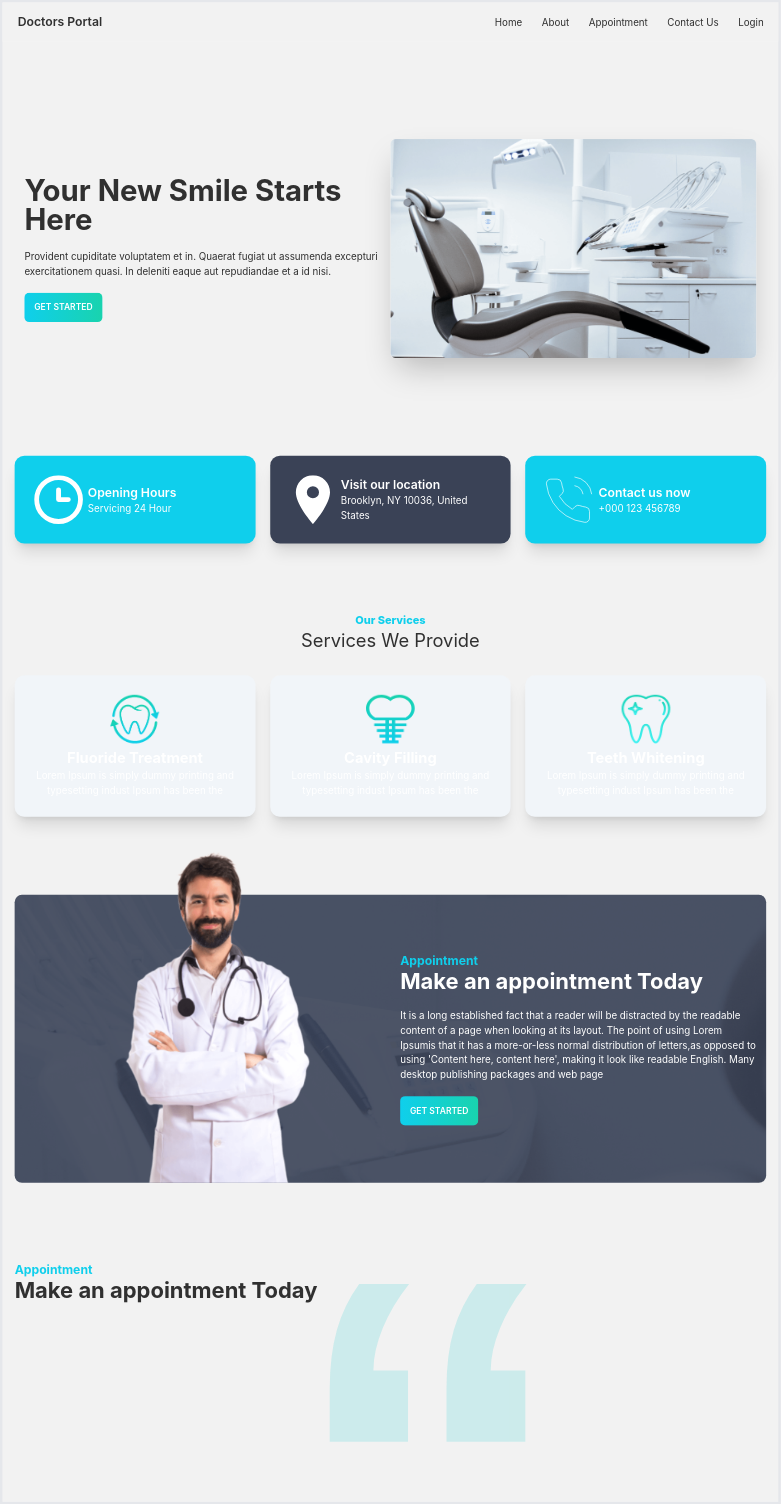
Repository: Samad77/Doctorportal-Client
Page: /
An editor plug-in stored every save of this project. The page is shown before and after the next save, followed by the edit.
The browser window is 1280 px wide. The pictures show the whole page, at 61% of full size.
The project was rebuilt for these pictures with package versions that can differ from the ones it lists, and the page was loaded fresh each time. Also part of the build but not shown: src/Pages/Login/Login.js.

Above is the page before, as saved 2022-11-12 18:55:41.

### src/App.js
import logo from './logo.svg';
import './App.css';
import {RouterProvider} from 'react-router-dom'
import router from './Layout/Routes/Routes';
import Cards from './Pages/Home/Cards/Cards';
function App() {
  return (
    <div className="App max-w-[1440px] mx-auto border-4">
      <RouterProvider router={router}>

      </RouterProvider>
    </div>
  );
}

export default App;

### src/Layout/Routes/Routes.js
import { createBrowserRouter } from "react-router-dom";
import Home from "../../Pages/Home/Home";
import Login from "../../Pages/Login/Login";
import Main from "../Main/Main";

const router = createBrowserRouter([
    {path : "/",
    element : <Main></Main>,
    children : [
        {path : '/', element : <Home></Home>,},
        {path: '/home', element : <Home></Home>},
        {path: '/login', element : <Login></Login>},
    ]
    }
])

export default router;

### src/Pages/Home/Cards/Cards.js
import React from 'react';
import img1 from '../../../assets/icons/clock.svg'
import img2 from '../../../assets/icons/marker.svg'
import img3 from '../../../assets/icons/phone.svg'
import img4 from '../../../assets/icons/quote.svg'

const Cards = () => {
    return (
        <section className='grid grid-cols-1 gap-6 md:grid-cols-2 lg:grid-cols-3 my-28'>
            <div className="card  bg-primary text-white shadow-xl">
                <div className="card-body flex flex-col items-center  lg:flex-row">
                    <div className=''>
                        <img src={img1} alt="" className='w-20 h-20'/>
                    </div>
                    <div className='text-left'>
                        <h2 className="card-title">Opening Hours</h2>
                        <p>Servicing 24 Hour</p>
                    </div>

                </div>
            </div>

            <div className="card  bg-neutral text-white shadow-xl">
                <div className="card-body flex flex-col items-center  lg:flex-row">
                    <div className=''>
                        <img src={img2} alt="" className='w-20 h-20'/>
                    </div>
                    <div className='text-left'>
                        <h2 className="card-title">Visit our location</h2>
                        <p>Brooklyn, NY 10036, United States</p>
                    </div>

                </div>
            </div>

            <div className="card  bg-primary text-white shadow-xl">
                <div className="card-body flex flex-col items-center  lg:flex-row">
                    <div className=''>
                        <img src={img3} alt="" className='w-20 h-20'/>
                    </div>
                    <div className='text-left'>
                        <h2 className="card-title">Contact us now</h2>
                        <p>+000 123 456789</p>
                    </div>

                </div>
            </div>
        </section>
    );
};

export default Cards;

### src/Pages/Home/Home.js
import React from 'react';
import Banner from './Banner/Banner';
import Cards from './Cards/Cards';
import MakeAppointment from './MakeAppointment/MakeAppointment';
import Services from './Services/Services';
import TestimonialArea from './TestimonialArea/TestimonialArea';

const Home = () => {
    return (
        <div className='mx-5'>
            <Banner></Banner>
            <Cards></Cards>
            <Services></Services>
            <MakeAppointment></MakeAppointment>
            <TestimonialArea></TestimonialArea>
        </div>
    );
};

export default Home;

### src/Layout/Main/Main.js
import React from 'react';
import Footer from '../../Pages/Shared/Footer/Footer';
import Navbar from '../../Pages/Shared/Navbar/Navbar';
import {Outlet} from 'react-router-dom'
const Main = () => {
    return (
        <div>
            <Navbar></Navbar>
                <Outlet></Outlet>
            <Footer></Footer>
        </div>
    );
};

export default Main;

### src/Pages/Home/Banner/Banner.js
import React from 'react';
import img1 from '../../../assets/images/chair.png'
import PrimaryButton from '../../../Components/PrimaryButton/PrimaryButton';
const Banner = () => {
    return (
        <div className="hero bg-base-100 my-36">
            <div className="hero-content flex-col lg:flex-row-reverse">
                <img src={img1} className=" rounded-lg shadow-2xl lg:w-1/2" />
                <div className='text-left'>
                <h1 className="text-5xl font-bold">Your New Smile Starts Here</h1>
                <p className="py-6">Provident cupiditate voluptatem et in. Quaerat fugiat ut assumenda excepturi exercitationem quasi. In deleniti eaque aut repudiandae et a id nisi.</p>
                <PrimaryButton>Get Started</PrimaryButton>
                </div>
            </div>
        </div>
    );
};

export default Banner;

### src/Pages/Home/MakeAppointment/MakeAppointment.js
import React from 'react';
import img1 from '../../../assets/images/appointment.png'
import doctor from '../../../assets/images/doctor.png'
import PrimaryButton from '../../../Components/PrimaryButton/PrimaryButton';

const MakeAppointment = () => {
    return (
        <div className="hero bg-base-100 my-32 text-white rounded-xl" style={{background : `url(${img1})`}}>
  <div className="hero-content flex-col lg:flex-row-reverse">
    <div className="text-center lg:text-left">
      <h1 className='text-primary text-xl font-bold' >Appointment</h1>
      <h1 className="text-4xl font-bold">Make an appointment Today</h1>
      <p className="py-6">It is a long established fact that a reader will be distracted by the readable content of a page when looking at its layout. The point of using Lorem Ipsumis that it has a more-or-less normal distribution of letters,as opposed to using 'Content here, content here', making it look like readable English. Many desktop publishing packages and web page</p>
      <PrimaryButton>Get Started</PrimaryButton>
    </div>
    <div className=" card hidden flex-shrink-0 w-1/2 -mt-36 -mb-4 lg:block">
       <img src={doctor} alt="" />
    </div>
  </div>
</div>
    );
};

export default MakeAppointment;

### src/Pages/Home/Services/Services.js
import React from 'react';
import img1 from '../../../assets/images/fluoride.png'
import img2 from '../../../assets/images/cavity.png'
import img3 from '../../../assets/images/whitening.png'
const Services = () => {
    const allServices = [
        {
            img : img1,
            name : "Fluoride Treatment",
            about : "Lorem Ipsum is simply dummy printing and typesetting indust Ipsum has been the"
        },
        {
            img : img2,
            name : "Cavity Filling",
            about : "Lorem Ipsum is simply dummy printing and typesetting indust Ipsum has been the"
        },
        {
            img : img3,
            name : "Teeth Whitening",
            about : "Lorem Ipsum is simply dummy printing and typesetting indust Ipsum has been the"
        },
    ]
    return (

        <section>

            <div className=''>
                <h1 className='text-primary text-lg font-extrabold'>Our Services</h1>
                <p className='text-3xl'>Services We Provide</p>
            </div>

            <div className='grid grid-cols-1 gap-6 my-10 md:grid-cols-2 lg:grid-cols-3'>

            {
                allServices.map( service => <Service key={service.name} service={service}></Service>)
            }
            </div>
        </section>

    );
};

const Service = ({service}) => {
    return (
        <div className="card  bg-primary text-white shadow-xl bg-slate-100 text-black ">
            <div className="card-body flex flex-col items-center  ">
                <div className=''>
                    <img src={service.img} alt="" className='w-20 h-20'/>
                </div>
                <div className=''>
                    <h2 className="text-2xl font-bold">{service.name}</h2>
                    <p>{service.about}</p>
                </div>
            </div>
        </div>


    )
}
export default Services;

### src/Pages/Home/TestimonialArea/TestimonialArea.js
import React from 'react';
import comma from '../../../assets/icons/quote.svg'
const TestimonialArea = () => {
    return (
        <div className='my-24 flex'>
            <div className='text-left justify-between'>
                <h1 className='text-primary text-xl font-bold' >Appointment</h1>
                <h1 className="text-4xl font-bold">Make an appointment Today</h1>
            </div>
            <div>
                <img src={comma} alt="" />
            </div>
        </div>
    );
};

export default TestimonialArea;

### src/Pages/Shared/Navbar/Navbar.js
import React from 'react';
import {Link} from 'react-router-dom'
const Navbar = () => {

    const menuItems =

    <React.Fragment>
        <li><Link to="/home">Home</Link></li>
        <li><Link to="/about">About</Link></li>
        <li><Link to="/appointment">Appointment</Link></li>
        <li><Link to="/contact">Contact Us</Link></li>
        <li><Link to="/login">Login</Link></li>
    </React.Fragment>

    return (
        <div className="navbar bg-base-100 flex justify-between">
  <div className="navbar-start">
    <div className="dropdown">
      <label tabIndex={0} className="btn btn-ghost lg:hidden">
        <svg xmlns="http://www.w3.org/2000/svg" className="h-5 w-5" fill="none" viewBox="0 0 24 24" stroke="currentColor"><path strokeLinecap="round" strokeLinejoin="round" strokeWidth="2" d="M4 6h16M4 12h8m-8 6h16" /></svg>
      </label>
      <ul tabIndex={0} className="menu menu-compact dropdown-content mt-3 p-2 shadow rounded-box w-52">
            {menuItems}
      </ul>
    </div>
    <Link to='/' className="btn btn-ghost normal-case text-xl">Doctors Portal</Link>
  </div>
  <div className="navbar-center hidden lg:flex">
    <ul className="menu menu-horizontal p-0">
        {menuItems}
    </ul>
  </div>

</div>
    );
};

export default Navbar;

### src/Components/PrimaryButton/PrimaryButton.js
import React from 'react';

const PrimaryButton = ({children}) => {
    return (
        <button className="btn btn-primary border-0 bg-gradient-to-r from-primary to-secondary text-white">{children}</button>
    );
};

export default PrimaryButton;

### tailwind.config.js
/** @type {import('tailwindcss').Config} */
module.exports = {
  content: ["./src/**/*.{js,jsx,ts,tsx}"],
  theme: {
    extend: {},
  },
  daisyui : {
    themes : [

    {
      doctorThemes: {

primary: "#0FCFEC",

secondary: "#19D3AE",

neutral: "#3A4256",

"base-100": "#F2F2F2",

      },
    },
  ]
  },
  plugins: [require("daisyui")],
}

Loaded but not shown: public/index.html (common file); src/index.js (common file); src/index.css (common file); src/reportWebVitals.js (common file); src/App.css (common file); src/Pages/Shared/Footer/Footer.js (common file)

After the next save:
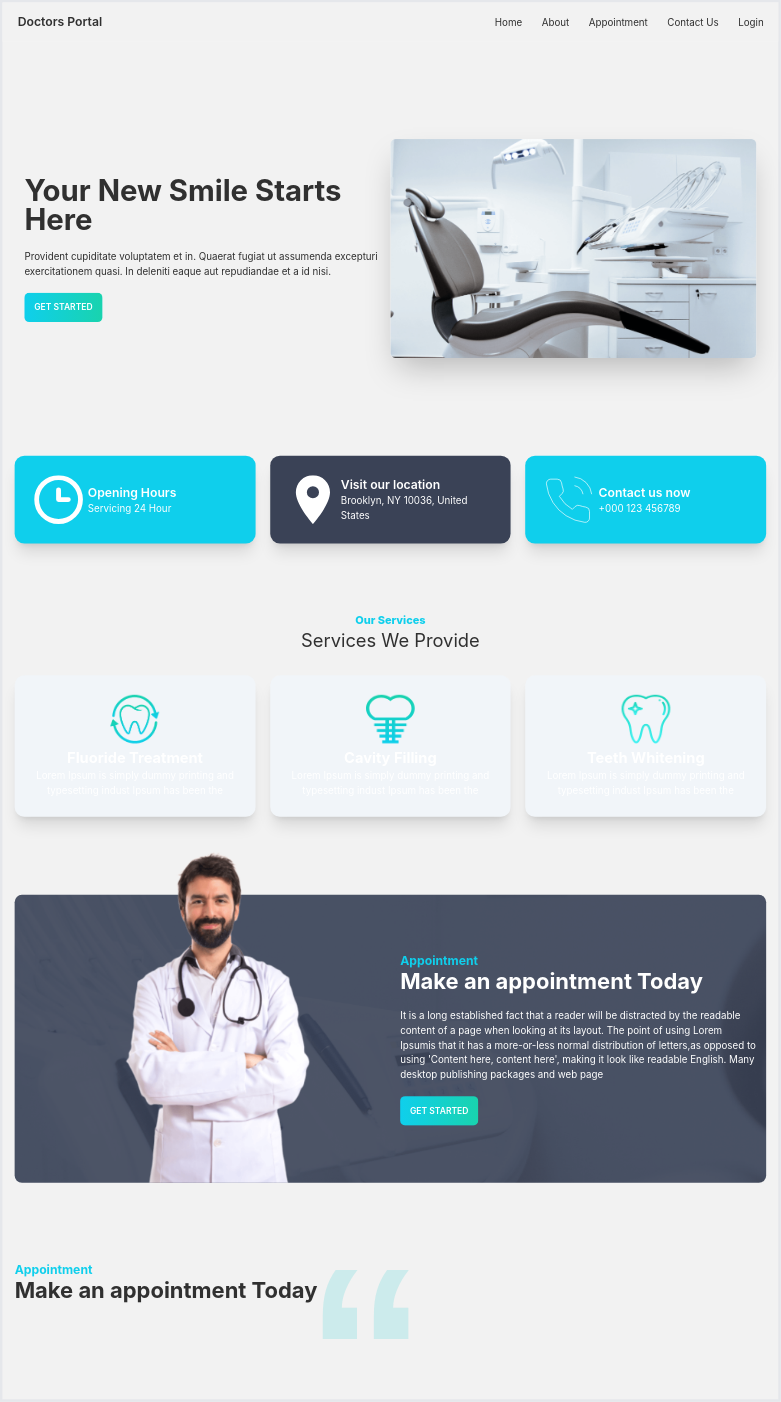
Saved 23 s later.
--- a/src/Pages/Home/TestimonialArea/TestimonialArea.js
+++ b/src/Pages/Home/TestimonialArea/TestimonialArea.js
@@ -8,7 +8,7 @@ const TestimonialArea = () => {
                 <h1 className="text-4xl font-bold">Make an appointment Today</h1>
             </div>
             <div>
-                <img src={comma} alt="" />
+                <img src={comma} alt="" className='w-40'/>
             </div>
         </div>
     );
